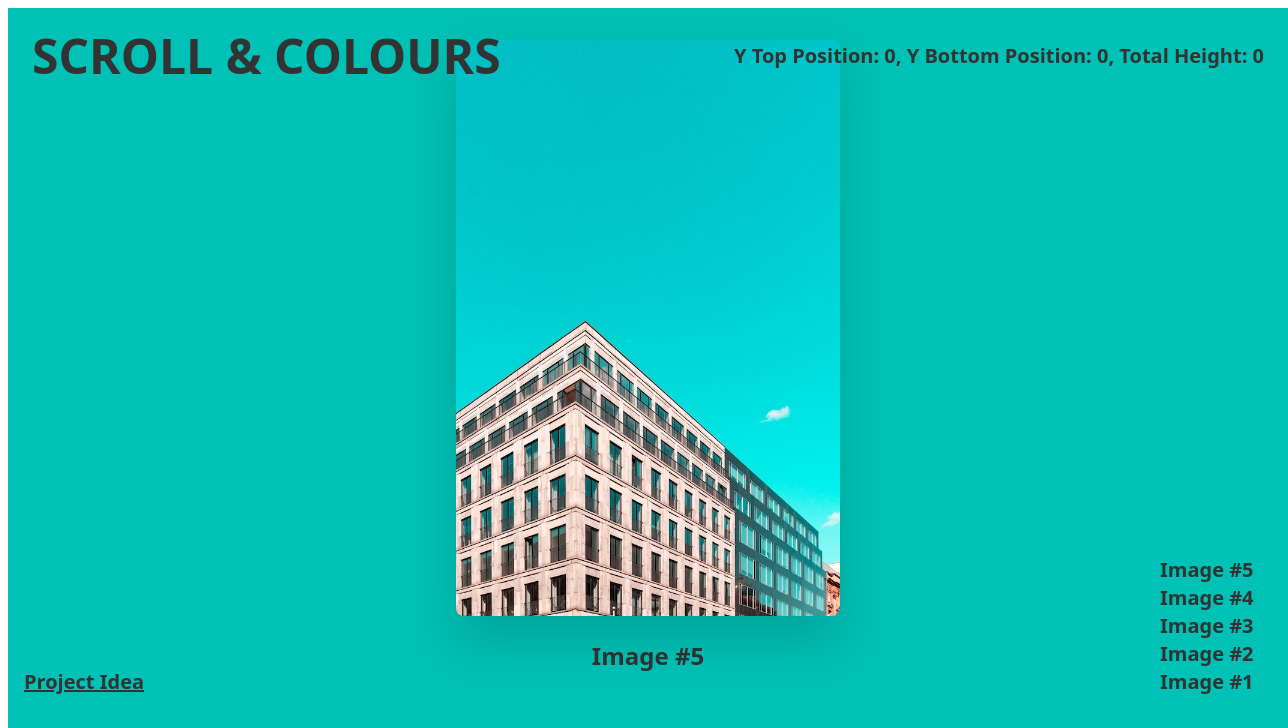
Repository: chelle-c/smooth-scroll-colours
Page: /
These files come from the project's save history. The page is drawn as it stood at one moment and after the next save; the edit follows.
The browser window is 1280 px wide. The page is 1288 px wide, so the pictures cover 1288 px, including what lies to the right of the window. The pictures show the whole page.
An inner scrolling area shows only its first screen. The project was rebuilt for these pictures with package versions that can differ from the ones it lists, and the page was loaded fresh each time. Imported but missing from the stored project, and not drawn on this page: images.

Above is the page before, as saved 2022-09-30 21:36:01.

### src/App.svelte
<script>
	import '/images/';

	let sections = [
		{ id: 1, image: 'red', alt: '', colour: '#00c1b5' },
		{ id: 2, image: 'blue', alt: '', colour: '#ff651a' },
		{ id: 3, image: 'yellow', alt: '', colour: '#ffbe00' },
		{ id: 4, image: 'orange', alt: '', colour: '#1d3fbb' },
		{ id: 5, image: 'turquoise', alt: '', colour: '#e30512' },
	];

	let box;
	let yTop = 0;
	let yBottom = 0;
	let yHeight = 0;
	let innerHeight;
	let lastScroll = 0;
	let isScrolling = false;

	const colours = sections.map(section => section.colour);
	let bgColour = '#00c1b5';

	let changeBGColour = () => {
		isScrolling = true;

		if (yTop >= 0 && yTop > lastScroll) {
			for (let index = 0; index < sections.length; index++) {
				if (lastScroll <= innerHeight * index) {
					bgColour = colours[index];
					break;
				}
			}
		} else if (yTop < lastScroll) {
			for (let index = 0; index < sections.length; index++) {
				if (lastScroll < innerHeight * (index + 1)) {
					bgColour = colours[index];
					break;
				}
			}
		}

		lastScroll = yTop;
		isScrolling = false;
	};

	let parseScroll = () => {
		yTop = box.scrollTop;
		yBottom = yTop + innerHeight;
		yHeight = box.scrollHeight;
		changeBGColour();
	};
</script>

<svelte:window bind:innerHeight />

<div
	id="background"
	class="bgDisplay min-w-full min-h-screen z-0 absolute"
	style="transition: background-color 1.5s; background-color: {bgColour}"
/>

<main
	class="scrollsnap-container min-w-full min-h-screen flex flex-col scroll-smooth"
	bind:this={box}
	on:scroll={!isScrolling ? parseScroll : null}
	on:mousemove={!isScrolling ? parseScroll : null}
>
	<div
		class="min-w-full p-6 flex flex-row justify-between items-center z-10 absolute"
	>
		<div>
			<h1 class="font-sans font-bold text-5xl uppercase">
				Scroll & Colours
			</h1>
		</div>
		<div class="font-sans font-bold text-xl">
			Y Top Position: {yTop}, Y Bottom Position: {yBottom}, Total Height: {yHeight}
		</div>
	</div>

	{#each [...sections].reverse() as { id, image, alt }}
		<section
			id="section{id}"
			class="flex-col min-w-full min-h-screen snap-always"
		>
			<div class="drop-shadow-2xl">
				<img
					class="w-96 rounded-lg"
					src="/images/image-{image}.jpg"
					{alt}
				/>
			</div>
			<h3 class="font-sans font-bold text-2xl p-6">Image #{id}</h3>
		</section>
	{/each}

	<div
		class="min-w-full p-6 flex flex-row justify-between items-end z-100 absolute bottom-0 left-0 pointer-events-none"
	>
		<div
			class="font-sans font-semibold text-xl underline pointer-events-auto hover:font-bold"
		>
			<a href="https://www.frontendpractice.com/projects/backstage-talks"
				>Project Idea</a
			>
		</div>
		<div class="font-sans font-semibold text-xl pointer-events-auto">
			<ul>
				<li class="w-24">
					<a href="#section5" class="hover:font-bold">Image #5</a>
				</li>
				<li class="w-24">
					<a href="#section4" class="hover:font-bold">Image #4</a>
				</li>
				<li class="w-24">
					<a href="#section3" class="hover:font-bold">Image #3</a>
				</li>
				<li class="w-24">
					<a href="#section2" class="hover:font-bold">Image #2</a>
				</li>
				<li class="w-24">
					<a href="#section1" class="hover:font-bold">Image #1</a>
				</li>
			</ul>
		</div>
	</div>
</main>

<style global lang="postcss">
	@tailwind base;
	@tailwind components;
	@tailwind utilities;

	:global(body) {
		margin: 0;
		padding: 0;
	}

	a,
	a:visited {
		color: inherit;
	}

	section {
		display: flex;
		justify-content: center;
		align-items: center;
		width: 100vw;
		height: 100vh;
		scroll-snap-align: start;
		position: relative;
		background: inherit;
		transition: background-color 1s linear;
	}

	.scrollsnap-container {
		display: flex;
		flex-direction: column;
		width: 100vw;
		height: 100%;
		margin: 0;
		padding: 0;
		overflow-x: hidden;
		overflow-y: scroll;
		scroll-snap-type: y mandatory;
		scroll-snap-type: mandatory; /* for older browsers */
		scroll-snap-points-y: repeat(100vh); /* for older browsers */
		scrollbar-width: none;
		background: transparent;
	}
</style>

### tailwind.config.js
/** @type {import('tailwindcss').Config} */
const production = process.env.NODE_ENV !== 'development'
module.exports = {
	future: {
		purgeLayersByDefault: true,
		removeDeprecatedGapUtilities: true,
	},
	purge: {
		content: ['./src/**/*.svelte'],
		enabled: production, // disable purge in dev
	},
	content: [],
	theme: {
		extend: {},
	},
	plugins: [],
};

### public/global.css
html, body {
	position: relative;
	width: 100%;
	height: 100%;
}

body {
	color: #333;
	margin: 0;
	padding: 8px;
	box-sizing: border-box;
	font-family: -apple-system, BlinkMacSystemFont, "Segoe UI", Roboto, Oxygen-Sans, Ubuntu, Cantarell, "Helvetica Neue", sans-serif;
}

a {
	color: rgb(0,100,200);
	text-decoration: none;
}

a:hover {
	text-decoration: underline;
}

a:visited {
	color: rgb(0,80,160);
}

label {
	display: block;
}

input, button, select, textarea {
	font-family: inherit;
	font-size: inherit;
	-webkit-padding: 0.4em 0;
	padding: 0.4em;
	margin: 0 0 0.5em 0;
	box-sizing: border-box;
	border: 1px solid #ccc;
	border-radius: 2px;
}

input:disabled {
	color: #ccc;
}

button {
	color: #333;
	background-color: #f4f4f4;
	outline: none;
}

button:disabled {
	color: #999;
}

button:not(:disabled):active {
	background-color: #ddd;
}

button:focus {
	border-color: #666;
}

Loaded but not shown: public/index.html (common file); src/main.js (common file)

After the next save:
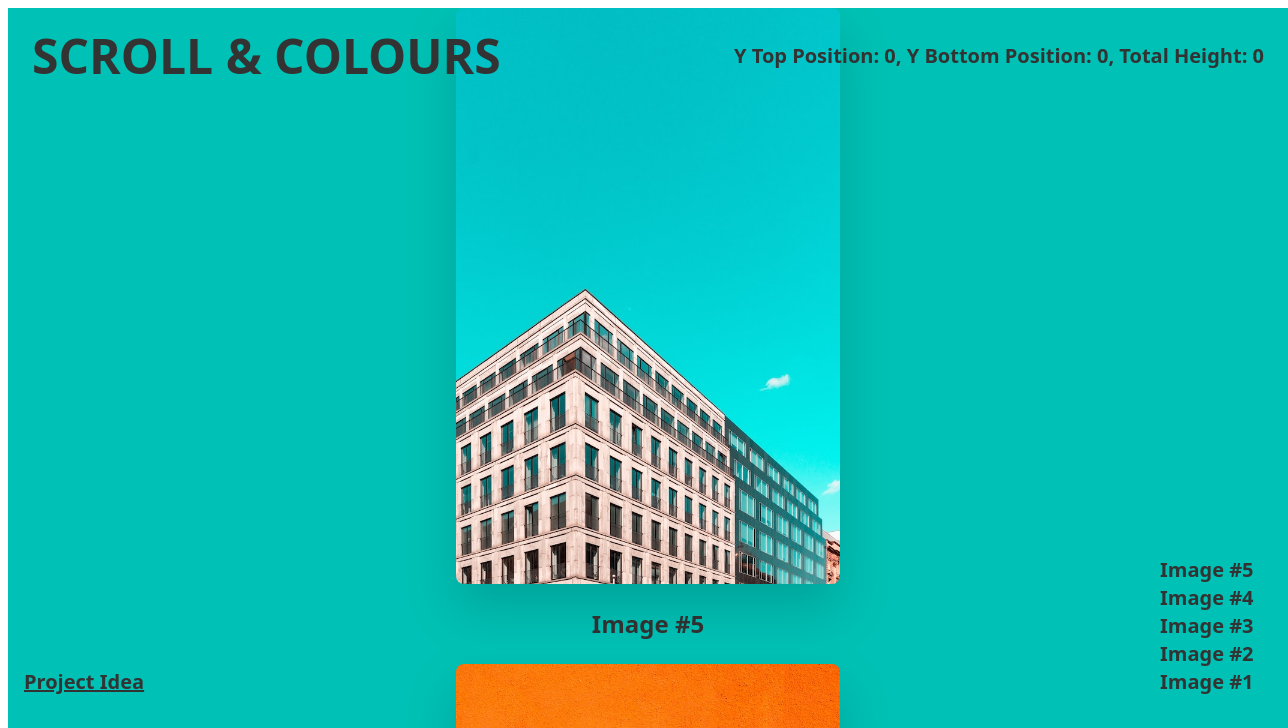
Saved 71 s later.
--- a/src/App.svelte
+++ b/src/App.svelte
@@ -81,7 +81,6 @@
 	{#each [...sections].reverse() as { id, image, alt }}
 		<section
 			id="section{id}"
-			class="flex-col min-w-full min-h-screen snap-always"
 		>
 			<div class="drop-shadow-2xl">
 				<img
@@ -143,11 +142,13 @@
 
 	section {
 		display: flex;
+		flex-direction: column;
 		justify-content: center;
 		align-items: center;
 		width: 100vw;
 		height: 100vh;
 		scroll-snap-align: start;
+		scroll-snap-stop: always;
 		position: relative;
 		background: inherit;
 		transition: background-color 1s linear;

After the save that followed:
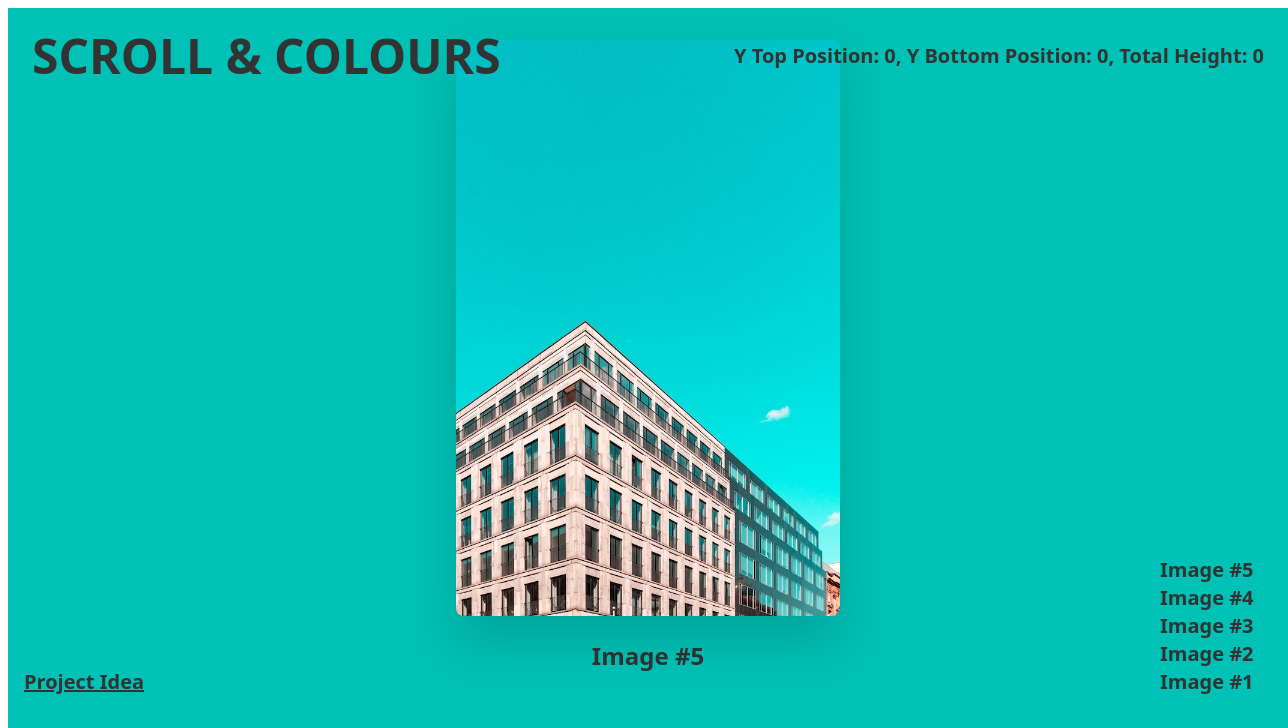
Saved 20 s later.
--- a/src/App.svelte
+++ b/src/App.svelte
@@ -81,6 +81,7 @@
 	{#each [...sections].reverse() as { id, image, alt }}
 		<section
 			id="section{id}"
+			class="min-w-full min-h-screen"
 		>
 			<div class="drop-shadow-2xl">
 				<img
